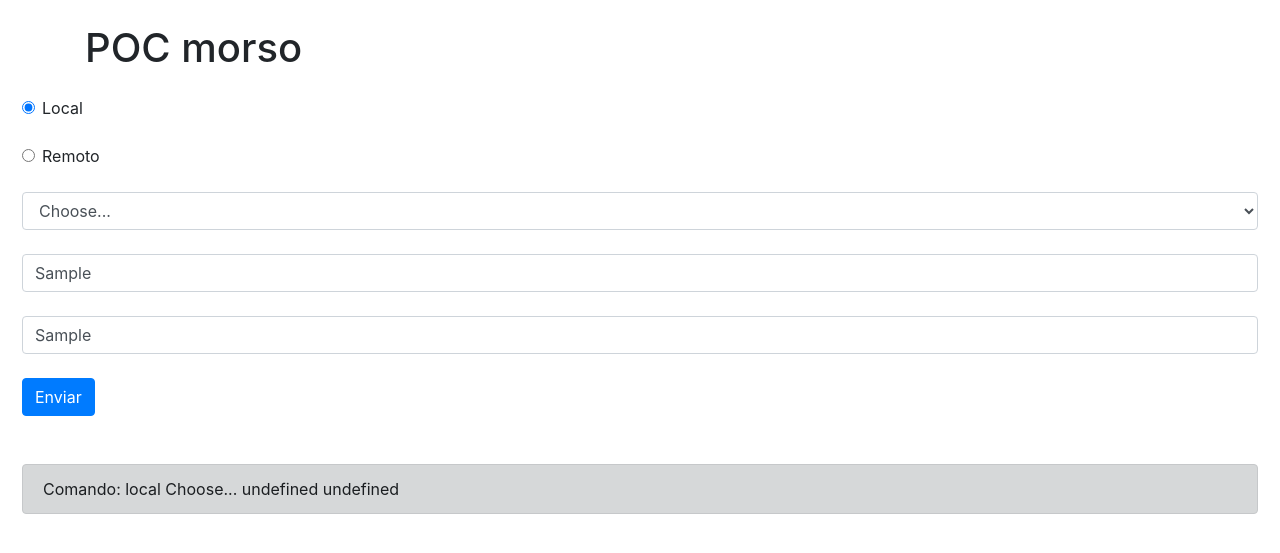
Repository: marisaoliva/poc-execute-cmd
Page: index.html
These files come from the project's save history. The page is drawn as it stood at one moment and after the next save; the edit follows.
The browser window is 1280 px wide. The pictures show the whole page.
Empty fields were first filled with sample values (such as "Sample", 5 or name@example.com).
After loading, the first visible `button.btn` was clicked once.

Above is the page before, as saved 2019-03-01 15:15:03.

After the next save:
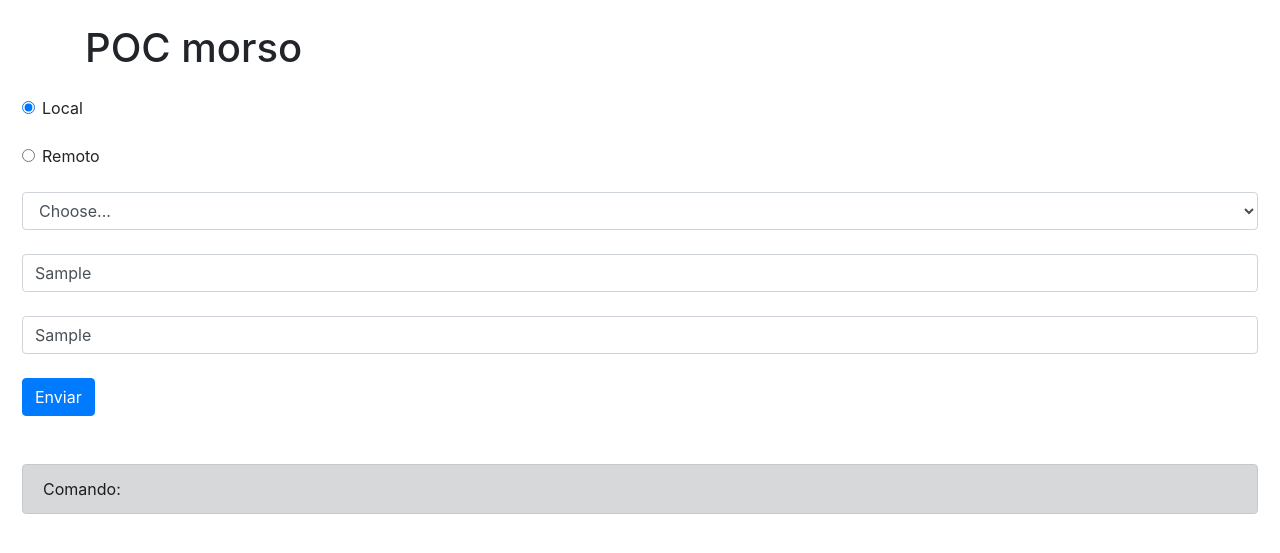
Console error: TypeError: $(...).vall is not a function
Saved 115 s later.
--- a/index.html
+++ b/index.html
@@ -32,10 +32,10 @@
                         </select>
                     </div>
                     <div class="row mt-4">
-                        <input type="text" class="form-control" name='input1' placeholder="Input 1">
+                        <input type="text" class="form-control" id='input1' placeholder="Input 1">
                     </div>
                     <div class="row mt-4">
-                        <input type="text" class="form-control" name='input2' placeholder="Input 2">
+                        <input type="text" class="form-control" id='input2' placeholder="Input 2">
                     </div>
                     <div class='row mt-4'>
                        <button type="button" class="btn btn-primary" onclick="onClickButton()">Enviar</button>
@@ -52,8 +52,8 @@
             function onClickButton(){
                 var radio = $("input[type='radio']:checked").val()
                 var select = $("#inputState").val();
-                var input1 = $("input[name='input1]").val();
-                var input2 = $("input[name='input2]").val();
+                var input1 = $("#input1").vall();
+                var input2 = $("#input2").val();
                 $("#command").append(radio+" "+select+" "+input1+" "+input2);
             }
 

After the save that followed:
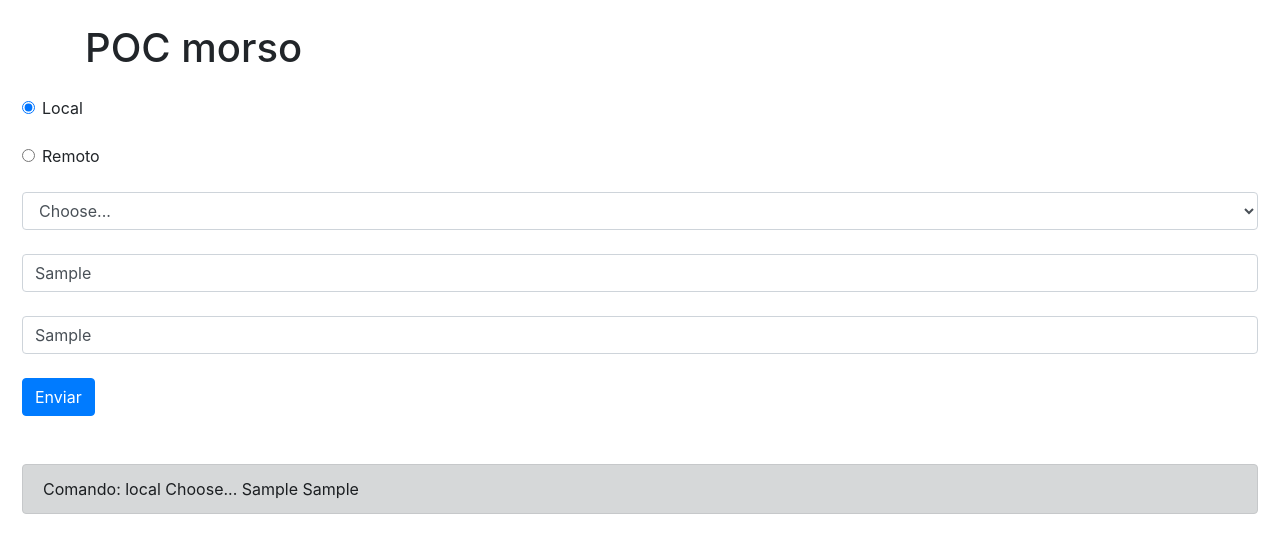
The error is gone.
Saved 4 s later.
--- a/index.html
+++ b/index.html
@@ -52,7 +52,7 @@
             function onClickButton(){
                 var radio = $("input[type='radio']:checked").val()
                 var select = $("#inputState").val();
-                var input1 = $("#input1").vall();
+                var input1 = $("#input1").val();
                 var input2 = $("#input2").val();
                 $("#command").append(radio+" "+select+" "+input1+" "+input2);
             }
